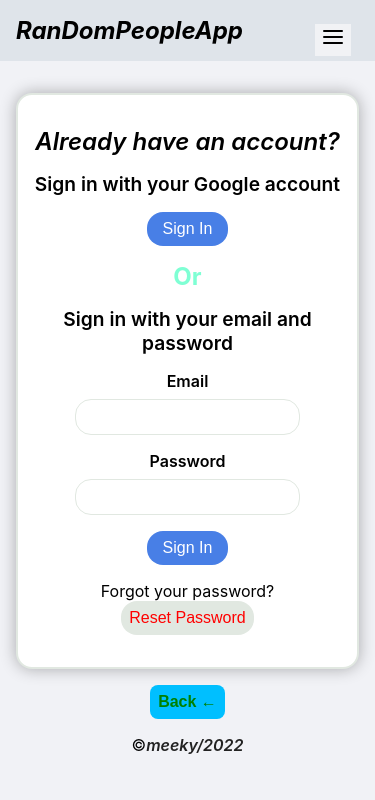
Repository: MikkyPrestige/RandomProfiles
Page: /profileDisplay
These files come from the project's save history. The page is drawn as it stood at one moment and after the next save; the edit follows.
The browser window is 375 px wide. The pictures show the whole page.
The project was rebuilt for these pictures with package versions that can differ from the ones it lists, and the page was loaded fresh each time. Also part of the build but not shown: src/assets/styles/home.css, src/components/home.jsx, src/assets/styles/users.css, src/components/users.jsx, src/assets/styles/search.css, src/components/search.jsx, src/assets/styles/help.css, src/components/help.jsx and 9 more.

Above is the page before, as saved 2022-12-07 03:25:40.

### public/index.html
<!DOCTYPE html>
<html lang="en">

<head>
  <meta charset="utf-8" />
  <link rel="icon" href="%PUBLIC_URL%/favicon.ico" />
  <meta name="viewport" content="width=device-width, initial-scale=1" />
  <meta name="theme-color" content="#000000" />
  <meta name="description" content="Web site created using create-react-app" />
  <link rel="apple-touch-icon" href="%PUBLIC_URL%/logo192.png" />
  <!--
      manifest.json provides metadata used when your web app is installed on a
      user's mobile device or desktop. See https://developers.google.com/web/fundamentals/web-app-manifest/
    -->
  <link rel="manifest" href="%PUBLIC_URL%/manifest.json" />
  <!--
      Notice the use of %PUBLIC_URL% in the tags above.
      It will be replaced with the URL of the `public` folder during the build.
      Only files inside the `public` folder can be referenced from the HTML.

      Unlike "/favicon.ico" or "favicon.ico", "%PUBLIC_URL%/favicon.ico" will
      work correctly both with client-side routing and a non-root public URL.
      Learn how to configure a non-root public URL by running `npm run build`.
    -->
  <title>AltSchool Assignment 2</title>
</head>

<body>
  <noscript>You need to enable JavaScript to run this app.</noscript>
  <div id="root"></div>
  <!--
      This HTML file is a template.
      If you open it directly in the browser, you will see an empty page.

      You can add webfonts, meta tags, or analytics to this file.
      The build step will place the bundled scripts into the <body> tag.

      To begin the development, run `npm start` or `yarn start`.
      To create a production bundle, use `npm run build` or `yarn build`.
    -->
</body>

</html>

### src/index.css
body {
  margin: 0;
  font-family: -apple-system, BlinkMacSystemFont, 'Segoe UI', 'Roboto', 'Oxygen',
    'Ubuntu', 'Cantarell', 'Fira Sans', 'Droid Sans', 'Helvetica Neue',
    sans-serif;
  -webkit-font-smoothing: antialiased;
  -moz-osx-font-smoothing: grayscale;
  background-color: #f1f2f6;
}

code {
  font-family: source-code-pro, Menlo, Monaco, Consolas, 'Courier New',
    monospace;
}

### src/App.jsx
import * as React from "react";
import { ErrorBoundary } from "react-error-boundary";
import { Route, Routes } from "react-router-dom";
import {
  Layout,
  Home,
  Users,
  Search,
  Help,
  About,
  Error,
  ErrorFallBack,
  Profile,
  ProfileDisplay,
  Register,
  UpdatePassword,
  Footer,
} from "./components";

const App = () => {
  return (
    <div className="App">
      <main>
        <ErrorBoundary FallbackComponent={ErrorFallBack}>
          <Layout />
          <Routes>
            <Route path="/" element={<Home />} />
            <Route path="users">
              <Route index element={<Users />} />
              <Route path=":id" element={<Search />} />
            </Route>
            <Route path="profile" element={<Profile />} />
            <Route path="profileDisplay" element={<ProfileDisplay />} />
            <Route path="register" element={<Register />} />
            <Route path="update" element={<UpdatePassword />} />
            <Route path="help" element={<Help />} />
            <Route path="about" element={<About />} />
            <Route path="*" element={<Error />} />
          </Routes>
        </ErrorBoundary>
        <Footer />
      </main>
    </div>
  );
};

export default App;

### src/components/index.js
export {  Layout, Back } from "./layout";
export { default as Home } from "./home";
export { default as Users } from "./users";
export { default as Search } from "./search";
export { default as Help } from "./help";
export { default as About } from "./about";
export { default as Error } from "./error";
export { default as ErrorFallBack } from "./errorFallback";
export { default as Profile } from "./profile";
export { default as ProfileDisplay } from "./profileDisplay";
export { default as Register } from "./register";
export { default as UpdatePassword } from "./update";
export { Footer } from "./avatar";

### src/components/layout.jsx
// LAYOUT COMPONENT - This component is for the App Layout that displays the Navigation bar in the app UI to the user when app is open

import { useState } from "react";
import { NavLink } from "react-router-dom";
import "../assets/styles/layout.css";
import { MdClose } from "react-icons/md";
import { FiMenu } from "react-icons/fi";

const CustomNavLink = ({ to, ...props }) => {
  let activeStyle = {
    textDecoration: "underline",
    color: "red",
  };

  return (
    <NavLink
      style={({ isActive }) =>
        isActive ? activeStyle : { textDecoration: "none" }
      }
      to={to}
      end
      {...props}
    />
  );
};

const LayoutSmall = () => {
  const [nav, setNav] = useState(false);

  const toggleNav = () => {
    setNav(!nav);
  };

  const closeNav = () => {
    setNav(false);
  };

  return (
    <div className="layout small">
      <header className="layout__header">
        <div className="layout__header--text">
          <h1 className="layout__header--title">RanDomPeopleApp</h1>
        </div>
        <nav className="layout__nav">
          <button onClick={toggleNav} className="layout--btn">
            {nav ? (
              <MdClose className="layout__btn--icon" />
            ) : (
              <FiMenu className="layout__btn--icon" />
            )}
          </button>
          <div className={`menuNav ${nav ? " showMenu" : ""}`}>
            <CustomNavLink
              to="/"
              end
              className="nav__item"
              onClick={() => closeNav()}
            >
              Home
            </CustomNavLink>
            <CustomNavLink
              to="profile"
              className="nav__item"
              onClick={() => closeNav()}
            >
              Users
            </CustomNavLink>
            <CustomNavLink
              to="about"
              className="nav__item"
              onClick={() => closeNav()}
            >
              About
            </CustomNavLink>
            <CustomNavLink
              to="help"
              className="nav__item"
              onClick={() => closeNav()}
            >
              Features
            </CustomNavLink>
          </div>
        </nav>
      </header>
    </div>
  );
};

const LayoutLarge = () => {
  return (
    <div className="layout large">
      <header className="layout__header">
        <div className="layout__header--text">
          <h1 className="layout__header--title">RanDomPeopleApp</h1>
        </div>
        <nav className="layout__nav">
          <div className="nav__items--large">
            <CustomNavLink to="/" className="nav__item--large">
              Home
            </CustomNavLink>
            <CustomNavLink to="profile" className="nav__item--large">
              Users
            </CustomNavLink>
            <CustomNavLink to="about" className="nav__item--large">
              About
            </CustomNavLink>
            <CustomNavLink to="help" className="nav__item--large">
              Features
            </CustomNavLink>
          </div>
        </nav>
      </header>
    </div>
  );
};

const Layout = () => {
  return (
    <div>
      <LayoutSmall />
      <LayoutLarge />
    </div>
  );
};

//  Navigate back home button
const Back = () => {
  const [isHover, setIsHover] = useState(false);

  const handleMouseEnter = () => {
    setIsHover(true);
  };

  const handleMouseLeave = () => {
    setIsHover(false);
  };

  const style = {
    border: "none",
    borderRadius: ".5rem",
    padding: " .5rem",
    fontSize: "1rem",
    fontWeight: "600",
    cursor: "pointer",
    backgroundColor: isHover ? "lightblue" : "rgb(0, 191, 255)",
    color: isHover ? "#f00" : "green",
  };

  return (
    <NavLink to="/" className="back__button">
      <button
        style={style}
        onMouseEnter={handleMouseEnter}
        onMouseLeave={handleMouseLeave}
      >
        Back ←{" "}
      </button>
    </NavLink>
  );
};

export { Layout, Back };

### src/components/profileDisplay.jsx
import { useEffect, useState } from "react";
import { Link } from "react-router-dom";
import {
  auth,
  provider,
  signInWithRedirect,
  onAuthStateChanged,
  // RecaptchaVerifier,
  // signInWithPhoneNumber,
  signInWithEmailAndPassword,
  sendPasswordResetEmail,
  signOut,
  deleteUser,
} from "../config";
import { Avatar } from "./avatar";
import { Back } from "./layout";

const ProfileDisplay = () => {
  const [user, setUser] = useState(null);
  const [email, setEmail] = useState("");
  // const [phoneNumber, setPhoneNumber] = useState("");
  const [password, setPassword] = useState("");
  const [error, setError] = useState("");
  // const [phoneError, setPhoneError] = useState("");

  useEffect(() => {
    onAuthStateChanged(auth, (user) => {
      if (user) {
        setUser(user);
      } else {
        setUser(null);
      }
    });
  }, []);

  // handle invisible RecaptchaVerifier
  // window.recaptchaVerifier = new RecaptchaVerifier( 'sign-in-btn', {
  //     'size': "invisible",
  //     'callback': (response) => {
  //       // reCAPTCHA solved, allow signInWithPhoneNumber.
  //       onSignInSubmit();
  //     }
  //   }, auth);

  // const recaptchaResponse = grecaptcha.getResponse(recaptchaWidgetId);

  // const onSignInSubmit = (e) => {
  //   e.preventDefault();
  //   const appVerifier = window.recaptchaVerifier;
  //   signInWithPhoneNumber(auth, phoneNumber, appVerifier).then(
  //     (confirmationResult) => {
  //       // SMS sent. Prompt user to type the code from the message, then sign the user in with confirmationResult.confirm(code).
  //       const code = window.prompt(
  //         "Enter the code that was sent to your mobile device."
  //       );
  //       confirmationResult
  //         .confirm(code)
  //         .then((result) => {
  //           // User signed in successfully.
  //           // const user = result.user;
  //           // ...
  //         })
  //         .catch((phoneError) => {
  //           // User couldn't sign in (bad verification code?)
  //           setPhoneError(phoneError.message);
  //         });
  //     }
  //   );
  // };

  // handle sign In
  const signIn = (e) => {
    e.preventDefault();
    signInWithRedirect(auth, provider);
  };

  // sign in with email and password
  const handleSignIn = (e) => {
    e.preventDefault();
    signInWithEmailAndPassword(auth, email, password)
      .then(() => {
        console.log("User signed in!");
      })
      .catch((error) => {
        if (error.code === "auth/wrong-password") {
          setError("Wrong password!");
        }
        if (error.code === "auth/user-not-found") {
          setError("User not found!");
        }
        console.error(error);
      });
  };

  // Send a password reset email
  const handlePasswordReset = (e) => {
    e.preventDefault();
    sendPasswordResetEmail(auth, email)
      .then(() => {
        // console.log("Password reset email sent!");
        alert("Password reset email sent!");
      })
      .catch((error) => {
        const errorCode = error.code;
        const errorMessage = error.message;
        console.error(errorMessage);
        alert(errorCode);
      });
  };

  // handle sign out
  const handleSignOut = (e) => {
    e.preventDefault();
    signOut(auth)
      .then(() => {
        console.log("User signed out!");
      })
      .catch((error) => {
        console.error(error);
      });
  };

  // handle delete user
  const handleDelete = (e) => {
    e.preventDefault();
    deleteUser(auth.currentUser)
      .then(() => {
        console.log("User deleted!");
      })
      .catch((error) => {
        console.error(error);
      });
  };

  return (
    <div className="profile">
      <div className="profile__container">
        <div className="profile__desc">
          {user ? (
            <div className="profile__user">
              <h1 className="profile__title">Profile Display</h1>
              <div className="profile__paragraph">
                <Avatar
                  image={user.photoURL}
                  style={{
                    width: "10rem",
                    height: "10rem",
                    borderRadius: "50%",
                  }}
                />
                <p className="profile__detail">
                  <strong>Signed in account name: </strong>
                  {user.displayName}
                </p>
                <p className="profile__detail">
                  <strong>Signed in email: </strong>
                  {user.email}
                </p>
              </div>
              <div className="profile__buttons">
                <Link to="/users" className="profile__link">
                  View Users
                </Link>
                <Link to="/update" className="btn__link">
                  Update Password
                </Link>
              </div>
              <div className="btn__wrapper">
                <button onClick={handleSignOut} className="btn">
                  Sign Out
                </button>
                <button onClick={handleDelete} className="btn">
                  Delete Account
                </button>
              </div>
            </div>
          ) : (
            <div className="profile__user">
              <div className="sign__wrapper">
                <h1 className="profile__title">Already have an account?</h1>
                <h2 className="sign__heading">
                  Sign in with your Google account
                </h2>
                <button onClick={signIn} className="sign__btn">
                  Sign In
                </button>
                <p className="or">Or</p>
                {/* <h2 className="sign__heading">
                  Sign in with your phone number
                </h2> */}
                {/* <form className="sign__form" id="sign-in-btn">
                  <input
                    type="tel"
                    name="phoneNumber"
                    placeholder="Enter Phone Number"
                    className="sign__input"
                    onChange={(e) => setPhoneNumber(e.target.value)}
                    required
                  />
                  <button type="submit" onClick={onSignInSubmit} className="sign__btn">
                    Sign In
                  </button>
                  {phoneError && <p className="error">{phoneError}</p>}
                </form> */}
                <h2 className="sign__heading">
                  Sign in with your email and password
                </h2>
                <form onSubmit={handleSignIn} className="sign__form">
                  <label htmlFor="email" className="sign__label">
                    Email
                  </label>
                  <input
                    type="email"
                    name="email"
                    id="email"
                    value={email}
                    onChange={(e) => setEmail(e.target.value)}
                    className="sign__input"
                  />

                  <label htmlFor="password" className="sign__label">
                    Password
                  </label>
                  <input
                    type="password"
                    name="password"
                    id="password"
                    value={password}
                    onChange={(e) => setPassword(e.target.value)}
                    className="sign__input"
                  />
                  {error && <p className="error">{error}</p>}
                  <button type="submit" className="sign__btn">
                    Sign In
                  </button>
                </form>
                <div className="btn__update">
                  <span>Forgot your password? </span>
                  <button onClick={handlePasswordReset} className="btn">
                    Reset Password
                  </button>
                </div>
              </div>
            </div>
          )}
        </div>
        <Back />
      </div>
    </div>
  );
};

export default ProfileDisplay;

### src/components/avatar.jsx
// AVATAR COMPONENT - This component is for the Images used in the app.

import "../assets/styles/layout.css";

export const Avatar = ({ image = "", alt = "", style = {} }) => {
  return (
    <div className="avatar">
      <img src={image} alt={alt} style={style} />
    </div>
  );
};

// FOOTER COMPONENT - for the attribution

export const Footer = () => {
  return (
    <div className="attribution">
      <footer>
        &copy;
        <a
          href="https://github.com/MeekyBerry"
          target="_blank"
          rel="noreferrer"
          className="footer"
        >
          meeky/2022
        </a>
      </footer>
    </div>
  );
};

### src/assets/styles/layout.css
.layout {
  background-color: #dfe4ea;
  width: 100%;
}

.layout__nav {
  display: flex;
  align-items: center;
  justify-content: space-between;
  position: relative;
  padding-right: 2rem;
}

.layout__header {
  display: flex;
  justify-content: space-between;
  align-items: center;
}

.layout__header--title {
  font-style: oblique;
  padding-left: 2rem;
}

.layout--btn {
  position: fixed;
  top: 1.5rem;
  right: 1.5rem;
  z-index: 10;
  background-color: #f1f2f5;
  border: none;
  font-size: 1.5rem;
  cursor: pointer;
}

.menuNav {
  position: fixed;
  top: 6rem;
  right: 0;
  width: 0;
  max-width: 10rem;
  height: 100%;
  background-color: #f1f2f5;
  z-index: 5;
  overflow: hidden;
}

.menuNav.showMenu {
  width: 100%;
  transition: all 2s ease-in;
  -webkit-transition: all 2s ease-in;
  -moz-transition: all 2s ease-in;
  -ms-transition: all 2s ease-in;
  -o-transition: all 2s ease-in;
}

.nav__items {
  display: flex;
  align-items: center;
  list-style: none;
}

.nav__item {
  font-size: 1.2rem;
  padding: 1rem;
  text-transform: uppercase;
  display: block;
  text-align: center;
  text-transform: uppercase;
  color: #0046dc;
}

.nav__item:hover {
  color: #7dd5c6;
}

.nav__items--large {
  display: flex;
  gap: 2rem;
}

.nav__item--large {
  text-transform: uppercase;
  font-size: 1.1rem;
  font-weight: 700;
  letter-spacing: .2rem;
  color: #0046dc;
}

.attribution {
  text-align: center;
}

.footer {
  color: #222;
  text-decoration: none;
  cursor: pointer;
  font-style: italic;
  font-weight: 600;
}

/* MEDIA QUERY TO HIDE THE NAVIGATION BAR HAMBURGER ON LARGE SCREENS */
@media screen and (max-width: 500px) {
  .layout__header--title {
    font-size: 1.5rem;
    padding-left: 1rem;
  }

  .layout__nav {
    padding-right: 1rem;
  }

  .nav__item {
    font-size: 1rem;
  }
}

@media screen and (min-width: 768px) {
  .small {
    display: none;
  }

  .large {
    display: block;
  }
}

@media screen and (max-width: 768px) {
  .small {
    display: block;
  }

  .large {
    display: none;
  }
}

@media screen and (max-width: 900px) {
  .nav__item--large {
    font-size: 1rem;
    margin-right: -.5rem;
  }

}

### src/config/index.js
// Import the functions you need from the SDKs you need
import { initializeApp } from "firebase/app";
import {
  getAuth,
  signInWithRedirect,
  GoogleAuthProvider,
  getRedirectResult,
  onAuthStateChanged,
  createUserWithEmailAndPassword,
  RecaptchaVerifier,
  signInWithPhoneNumber,
  signInWithEmailAndPassword,
  sendPasswordResetEmail,
  updatePassword,
  signOut,
  deleteUser,
} from "firebase/auth";

// web app's Firebase configuration
const firebaseConfig = {
  apiKey: "AIzaSyCfrfw6chi091bWLqJvanxAUTxgJ5XqEu0",
  authDomain: "random-people-app.firebaseapp.com",
  projectId: "random-people-app",
  storageBucket: "random-people-app.appspot.com",
  messagingSenderId: "1097586453252",
  appId: "1:1097586453252:web:4575afe7663a752ae77e51",
};

// Initialize Firebase
const app = initializeApp(firebaseConfig);
// Setup Google auth provider
const provider = new GoogleAuthProvider();

const auth = getAuth();

export {
  app,
  provider,
  auth,
  signInWithRedirect,
  getRedirectResult,
  onAuthStateChanged,
  createUserWithEmailAndPassword,
  RecaptchaVerifier,
  signInWithPhoneNumber,
  signInWithEmailAndPassword,
  sendPasswordResetEmail,
  updatePassword,
  signOut,
  deleteUser,
};

### src/assets/styles/profile.css
.profile {
  padding: 2rem;
  height: 100%;
}

.or {
  font-size: 1.5rem;
  color: #7fffd4;
  font-weight: bold;
  margin: 1rem 0;
}

.profile__container {
  display: flex;
  flex-direction: column;
  align-items: center;
  justify-content: center;
}

.profile__desc {
  text-align: center;
  max-width: 500px;
  width: 100%;
  margin: 1rem;
}

.profile__user {
  background-color: #fff;
  border: 2px solid #e1e8e1;
  border-radius: 1rem;
  box-shadow: 0 0 1rem rgba(0, 0, 0, 0.3);
  padding: 1rem 0;
}

.profile__title {
  font-size: 2rem;
  font-weight: 600;
  font-style: oblique;
}

.profile__paragraph {
  margin: 2rem 0;
}

.profile__detail {
  font-size: 1.2rem;
  font-weight: 400;
}

.profile__buttons {
  display: flex;
  flex-direction: column;
  align-items: center;
  gap: .5rem;
  margin: 1.5rem;
}

.profile__link {
  font-size: 1.2rem;
  font-weight: 600;
  background-color: #0651dd;
  color: #f1f2f6;
  padding: 0.4rem;
  border-radius: 0.5rem;
  text-decoration: none;
}

.profile__link:hover {
  background-color: #1550bd;
  color: #fff;
  text-decoration: underline;
}

.btn__wrapper {
  display: flex;
  justify-content: center;
  align-items: center;
  gap: 5rem;
  margin-top: .5rem;
}

.btn__link {
  font-size: 1.3rem;
  font-weight: 600;
  color: green;
  text-decoration: none;
}

.btn__link:hover {
  text-decoration: underline;
}

.btn__update {
  margin: 1rem;
}
.btn {
  background-color: #e1e8e1;
  color: red;
  border: none;
  border-radius: 1rem;
  padding: .5rem;
  font-size: 1rem;
  cursor: pointer;
}

.btn:hover {
  background-color: #d1d8d1;
  color: #0651ddbb;
}

.btn:active {
  background-color: #c1c8c1;
  color: #0651ddbb;
}

.sign__btn {
  background-color: #0651ddbb;
  color: #fff;
  border: none;
  border-radius: 1rem;
  padding: .5rem 1rem;
  font-size: 1rem;
  cursor: pointer;
}

.sign__btn:hover {
  background-color: #0651dd;
  color: #fff;
}

.sign__btn:active {
  background-color: #0651dd;
  color: #fff;
}

.sign__heading {
  font-size: 1.2rem;
  font-weight: 600;
  text-align: center;
  margin-bottom: 1rem;
}

.sign__form {
  display: flex;
  flex-direction: column;
  justify-content: center;
  align-items: center;
}

.sign__label {
  font-size: 1rem;
  font-weight: 600;
  margin-bottom: .5rem;
}

.sign__input {
  border: 1px solid #e1e8e1;
  border-radius: 1rem;
  padding: .5rem;
  font-size: 1rem;
  margin-bottom: 1rem;
}

.sign__input:focus {
  outline: none;
}

.register {
  padding: 2rem;
  height: 100%;
}

.register__container {
  margin: 2rem;
  text-align: center;
}

.register__title {
  font-size: 1.5rem;
  font-weight: 700;
  text-align: center;
}

.register__phone {
  font-size: 1.2rem;
  font-weight: 600;
  text-align: center;
  margin-top: 1rem;
}

.register__form {
  display: flex;
  flex-direction: column;
  justify-content: center;
  align-items: center;
  margin: 1rem;
}

.register__form--title {
  font-size: 1.2rem;
  font-weight: 600;
}

.register__group {
  display: flex;
  justify-content: center;
  align-items: center;
  gap: 1rem;
  margin: .5rem;
}

.register__label {
  font-size: 1rem;
  font-weight: 600;
}

.register__input {
  border: 1px solid #e1e8e1;
  border-radius: 1rem;
  padding: .5rem;
  font-size: 1rem;
}

.register__input:focus {
  outline: none;
}

.error {
  color: red;
  font-size: 1rem;
  font-weight: 600;
  margin-top: -.5rem;
}

@media screen and (max-width: 600px) {
  .profile {
    padding: 1rem;
  }

  .profile__title {
    font-size: 1.5rem;
  }

  .profile__detail {
    display: flex;
    flex-direction: column;
    align-items: center;
    justify-content: center;
  }

}

Loaded but not shown: src/index.js (common file)

After the next save:
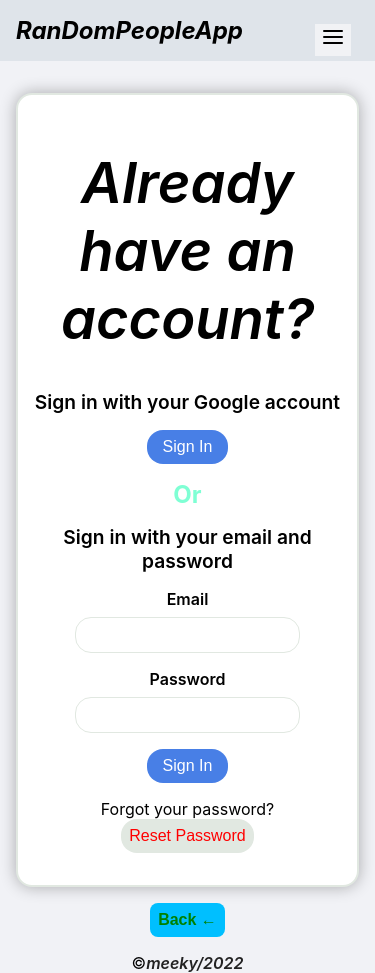
Saved 2 min 25 s later.
--- a/src/assets/styles/profile.css
+++ b/src/assets/styles/profile.css
@@ -238,7 +238,7 @@
   }
 
   .profile__title {
-    font-size: 1.5rem;
+    font-size: 3.5rem;
   }
 
   .profile__detail {

After the save that followed:
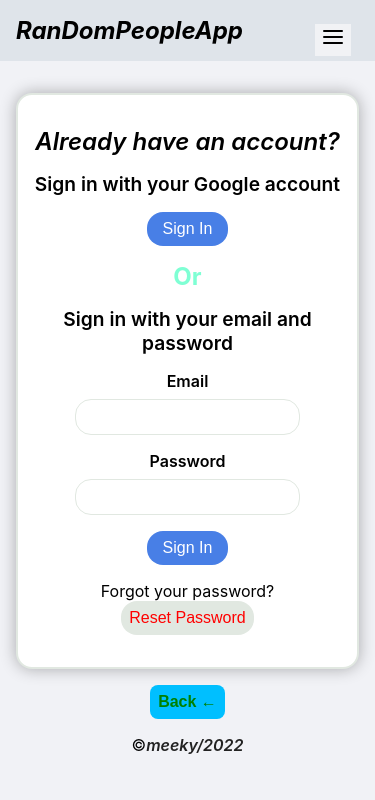
Saved 6 s later.
--- a/src/assets/styles/profile.css
+++ b/src/assets/styles/profile.css
@@ -238,7 +238,7 @@
   }
 
   .profile__title {
-    font-size: 3.5rem;
+    font-size: 1.5rem;
   }
 
   .profile__detail {
